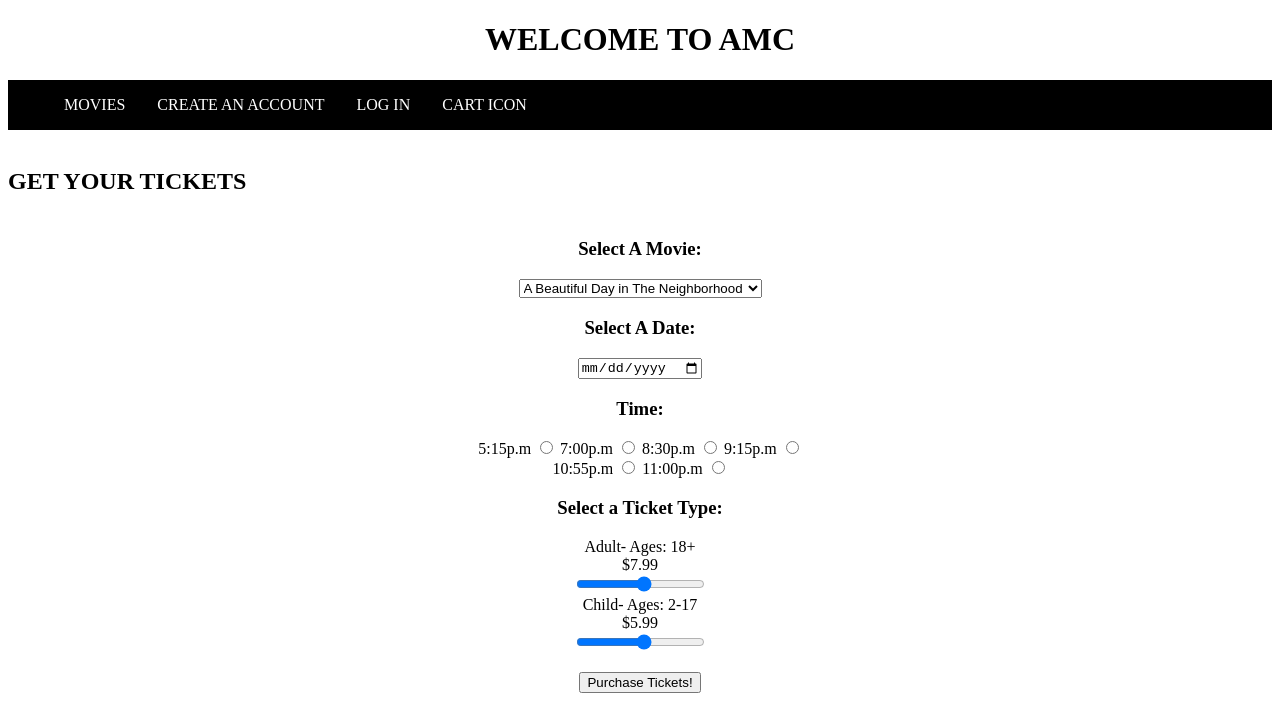
Repository: TagninaShama/CoreJavaJune2020
Page: http://localhost/FinalProject/Ticket.jsp
The author's editor kept a copy of each file at every save. The page is drawn from the files as they stood at one save, then again after the next save.
The browser window is 1280 px wide. The pictures show the whole page.
The page is served by Tomcat 9.

Above is the page before, as saved 2019-11-24 19:16:49.

After the next save:
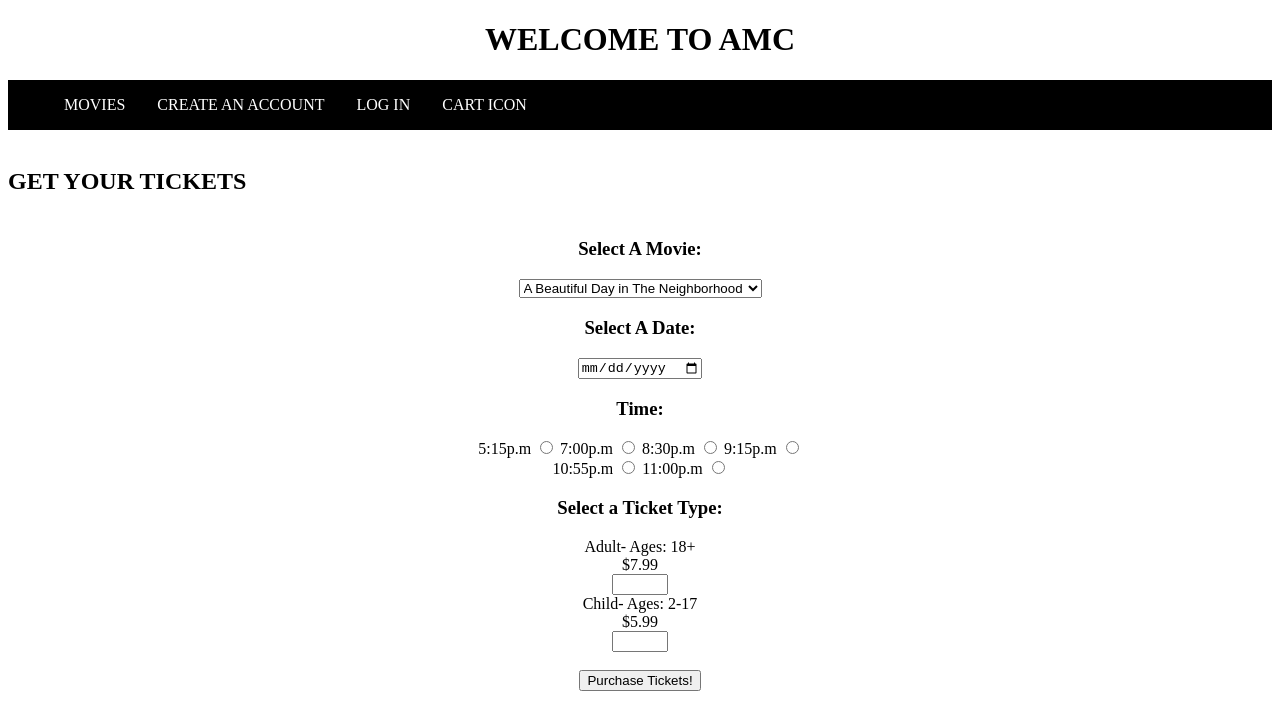
Saved 111 s later.
--- a/FinalProject/WebContent/Ticket.jsp
+++ b/FinalProject/WebContent/Ticket.jsp
@@ -16,7 +16,7 @@
 <li><a href="MovieServlet">Movies</a></li>
 <li><a href="addAccountForm">Create an Account</a></li>
 <li><a href="LogInForm">Log In </a></li>
-<li><a href="cart.jsp">Cart icon</a></li>
+<li><a href="Cart.jsp">Cart icon</a></li>
 </ul>
 
 </nav>
@@ -69,11 +69,11 @@
 
 <label>Adult- Ages: 18+ </label><br>
 <label>$7.99 </label><br>
-<input type="range" name="adult" min="0" max="15" value="">
+<input type="number" name="adult" min="0" max="15" value="">
 <br>
 <label>Child- Ages: 2-17 </label><br>
 <label>$5.99 </label><br>
-<input type="range" name="child" min="0" max="15" value="">
+<input type="number" name="child" min="0" max="15" value="">
 <br><br>
 <input type="submit" name="submit" value="Purchase Tickets!"/>
 </form>
